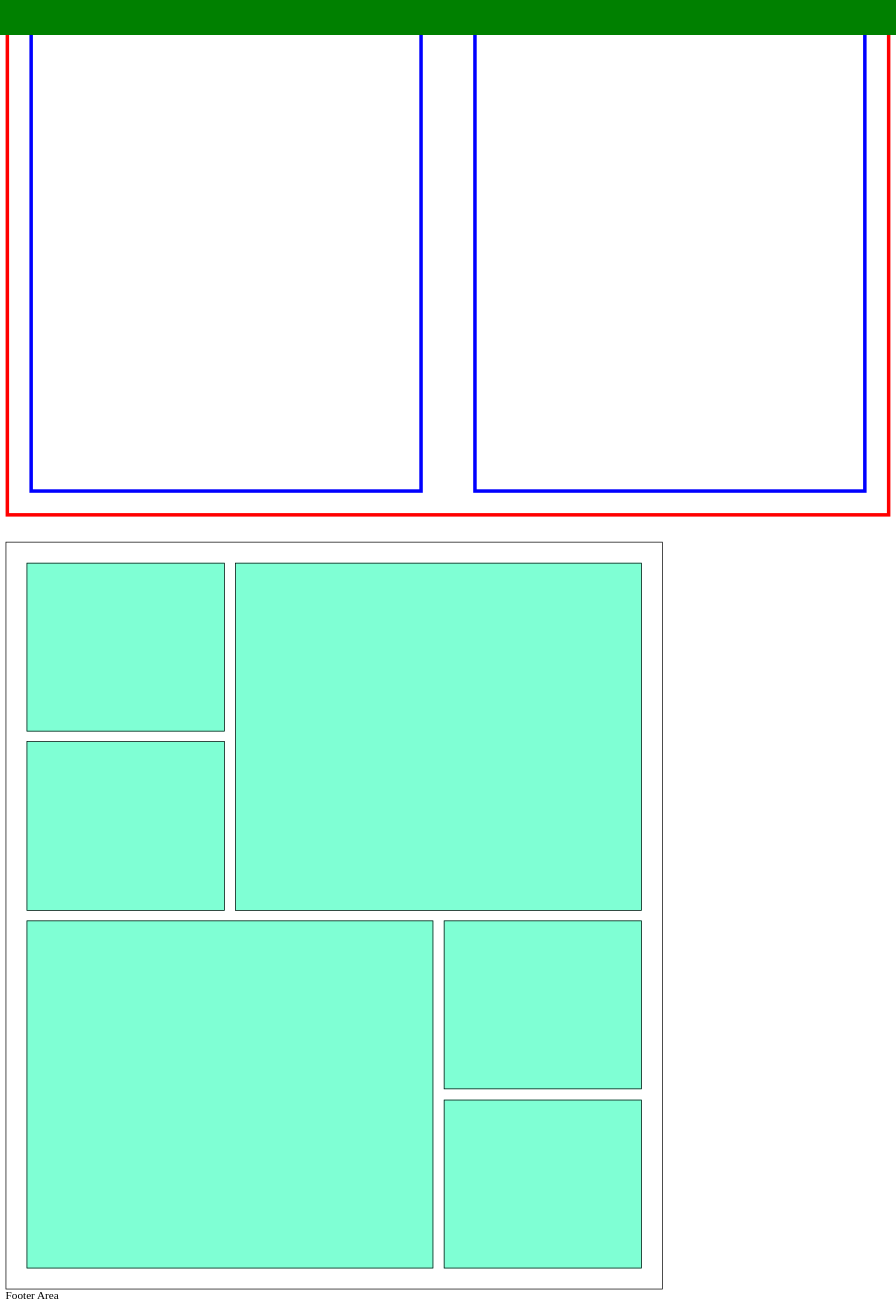
Repository: BwesewB/Brutalist-Website
Page: /
The author's editor kept a copy of each file at every save. The page is drawn from the files as they stood at one save, then again after the next save.
The browser window is 1280 px wide. The pictures show the whole page, at 70% of full size.
The project was rebuilt for these pictures with package versions that can differ from the ones it lists, and the page was loaded fresh each time. The framework's server and built-in components were replaced by stand-ins that run in the browser. Also part of the build but not shown: next.config.mjs.

Above is the page before, as saved 2024-02-03 17:27:59.

After the next save:
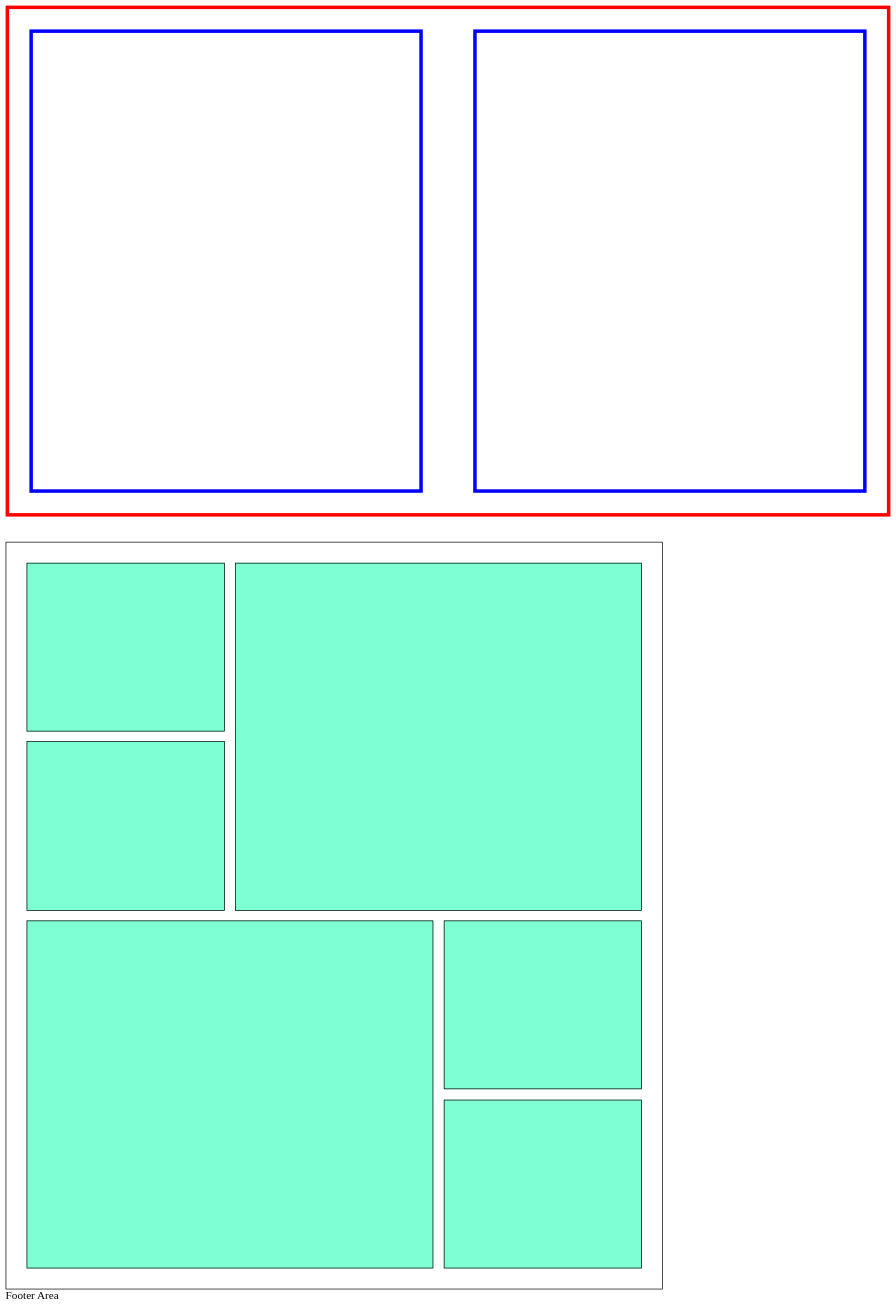
Saved 38 s later.
--- a/styles/Home.module.css
+++ b/styles/Home.module.css
@@ -39,19 +39,15 @@
 
 .displayPanel{
   grid-column: 2/3;
+  display:grid;
   grid-template-columns: repeat(2, 1fr);
   gap:4vh
 }
 
 .inputArea{
   position:fixed;
+  grid-column: 2/3;
   border-left: 5px solid green;
-  background-color: green;
-  position: fixed;
-  top: 0; /* Adjust as needed */
-  left: 0; /* Adjust as needed */
-  width: 100%; /* Make it full width */
-  height: 50px; /* Set your desired height */
   background-color: green;
 }
 
